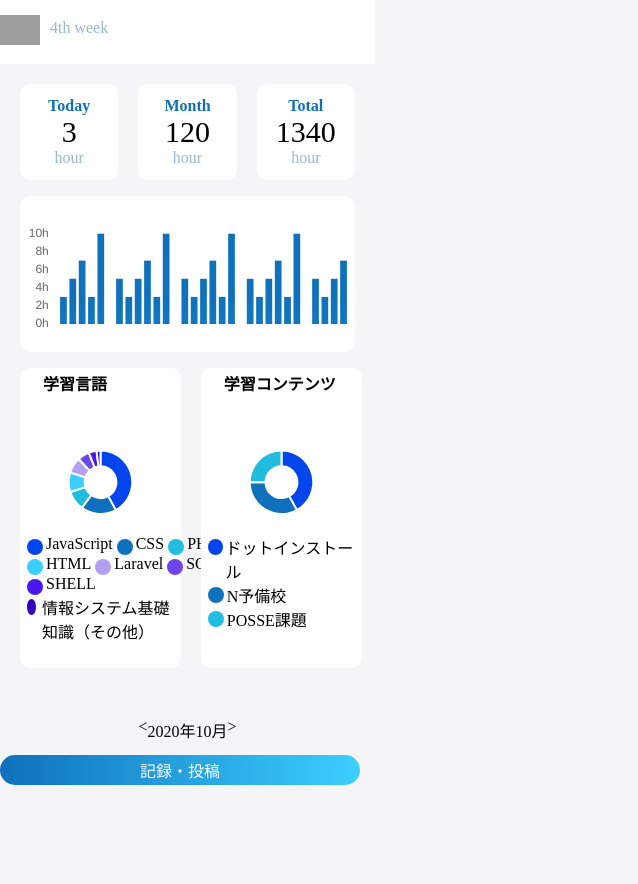
Repository: posse-ap/gen2.0-kamibayasitaito
Page: app/app.html
An editor plug-in stored every save of this project. The page is shown before and after a run of saves, followed by the edit.
The browser window is 375 px wide. The page is 638 px wide, so the pictures cover 638 px, including what lies to the right of the window. The pictures show the whole page.
Pictures or frames that could not be fetched are drawn as grey boxes. Some web libraries are served in a nearby version.

Above is the page before, as saved 2021-11-26 18:53:50.

After the next 3 saves:
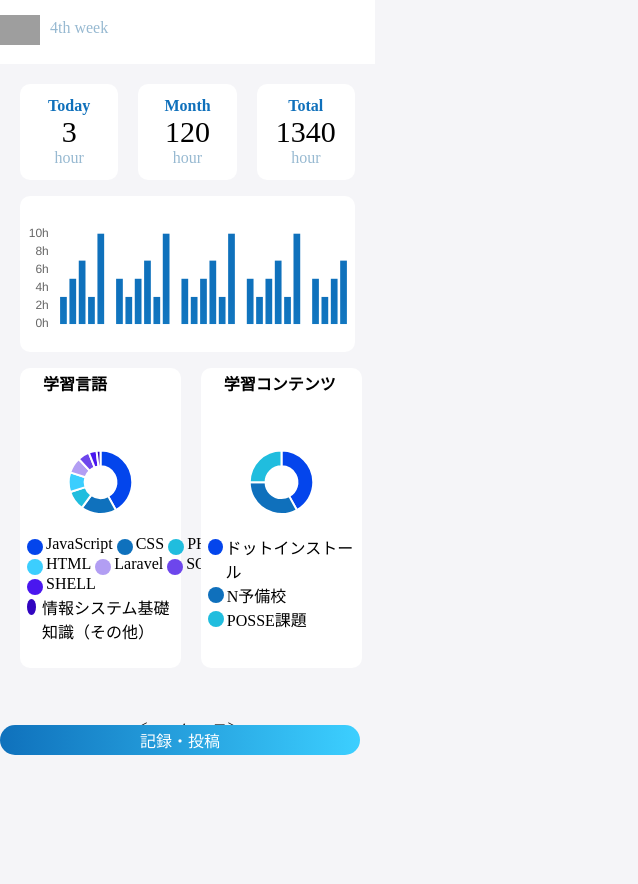
The 3 saves are shown as one change because they came seconds apart.
The last was saved 12 s later.
--- a/app/app_smartphone.css
+++ b/app/app_smartphone.css
@@ -326,7 +326,7 @@
               transform: translateY(50%);
              border-radius: 30px;
               background: linear-gradient(to right,#0f71bc,#3ccfff);
-              bottom: 30px;
+              bottom: 60px;
               cursor: pointer;
         }
 
